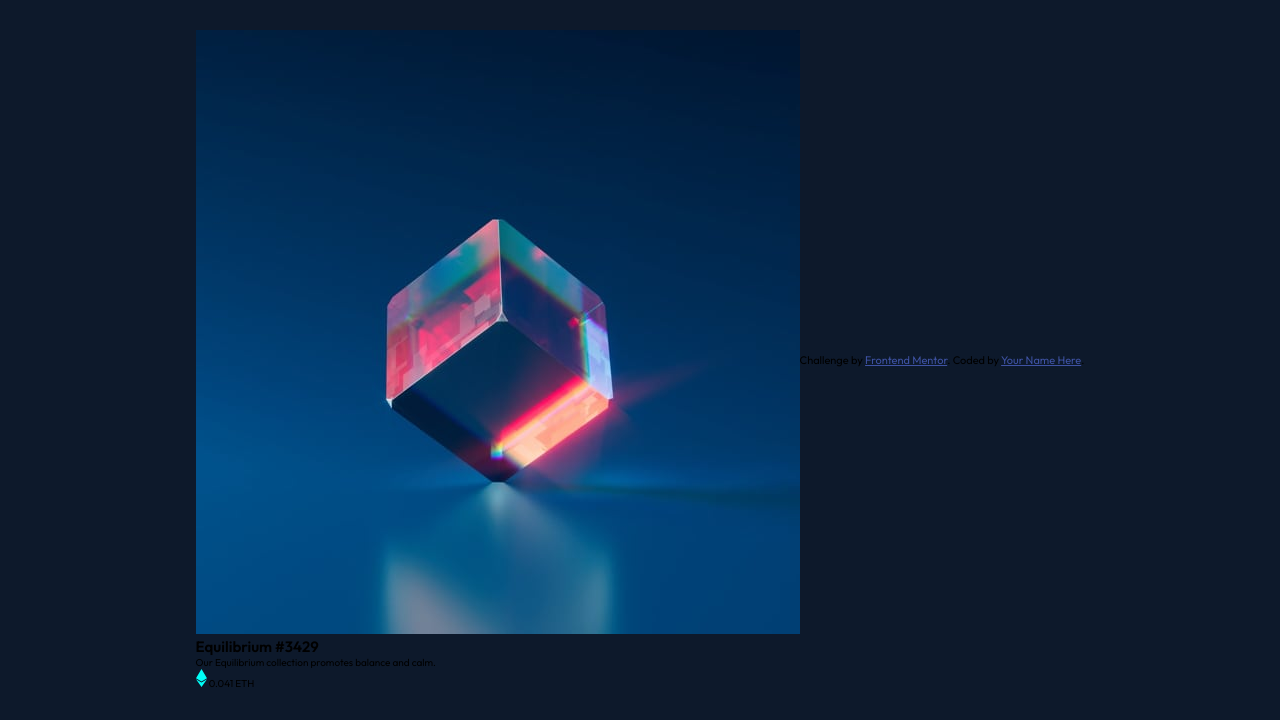
Repository: thaibaocoder1/nft-preview-card-component
Page: index.html
These files come from the project's save history. The page is drawn as it stood at one moment and after the next save; the edit follows.
The browser window is 1280 px wide. The pictures show the whole page.

Above is the page before, as saved 2023-01-06 18:26:32.

After the next save:
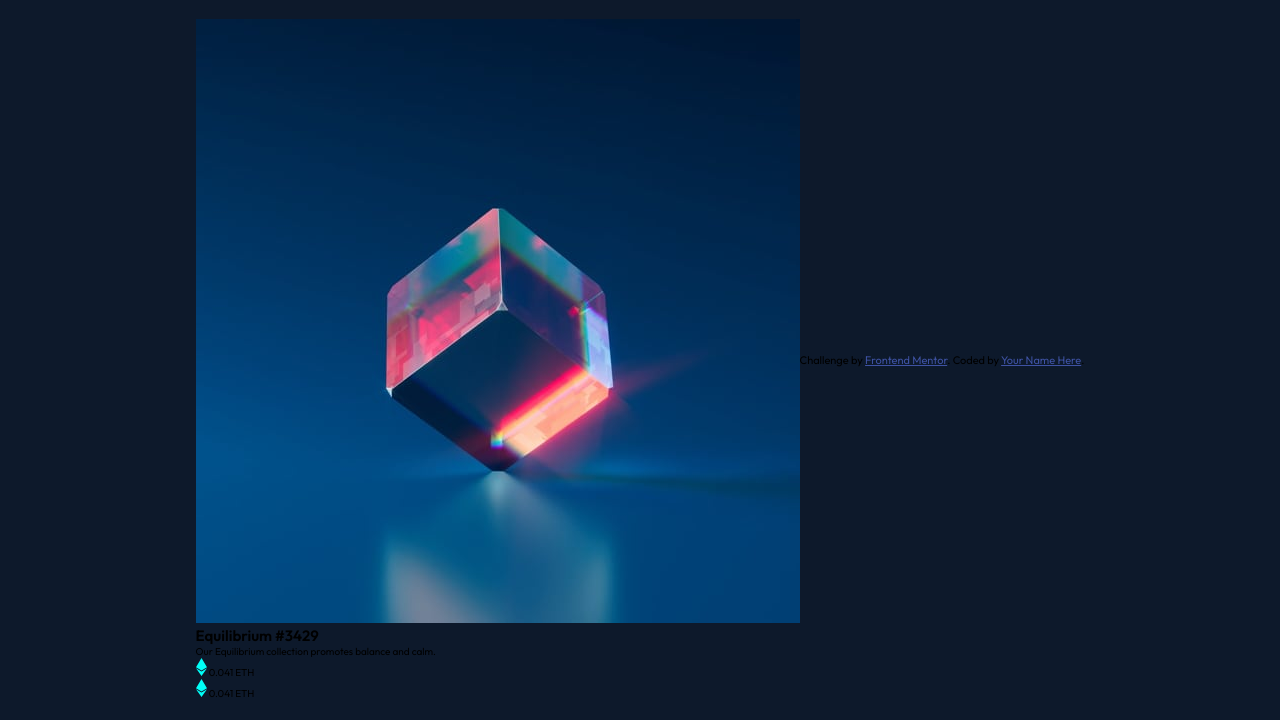
Saved 8 s later.
--- a/index.html
+++ b/index.html
@@ -24,6 +24,10 @@
         <img src="./images/icon-ethereum.svg" alt="" class="container-date--image">
         <span class="container-date--text">0.041 ETH</span>
       </div>
+      <div>
+        <img src="./images/icon-ethereum.svg" alt="" class="container-date--image">
+        <span class="container-date--text">0.041 ETH</span>
+      </div>
     </section>
   </main>
 
